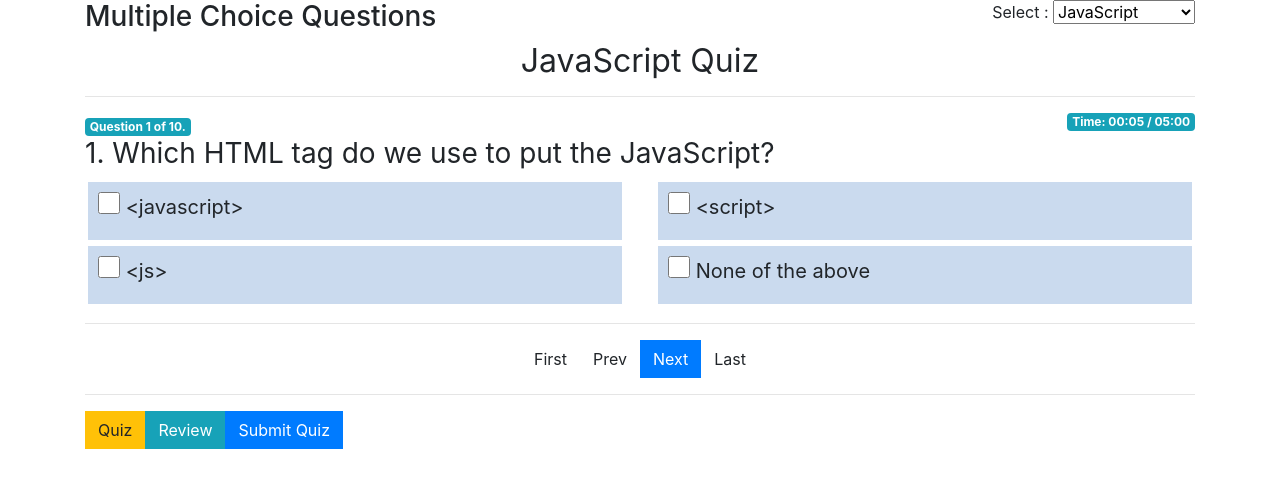
Repository: 2016272041/Online-Ass-Test1-
Page: /
These files come from the project's save history. The page is drawn as it stood at one moment and after the next save; the edit follows.
The browser window is 1280 px wide. The pictures show the whole page.
The project was rebuilt for these pictures with package versions that can differ from the ones it lists, and the page was loaded fresh each time. Also part of the build but not shown: angular.json.

Above is the page before, as saved 2019-07-23 15:33:48.

After the next save:
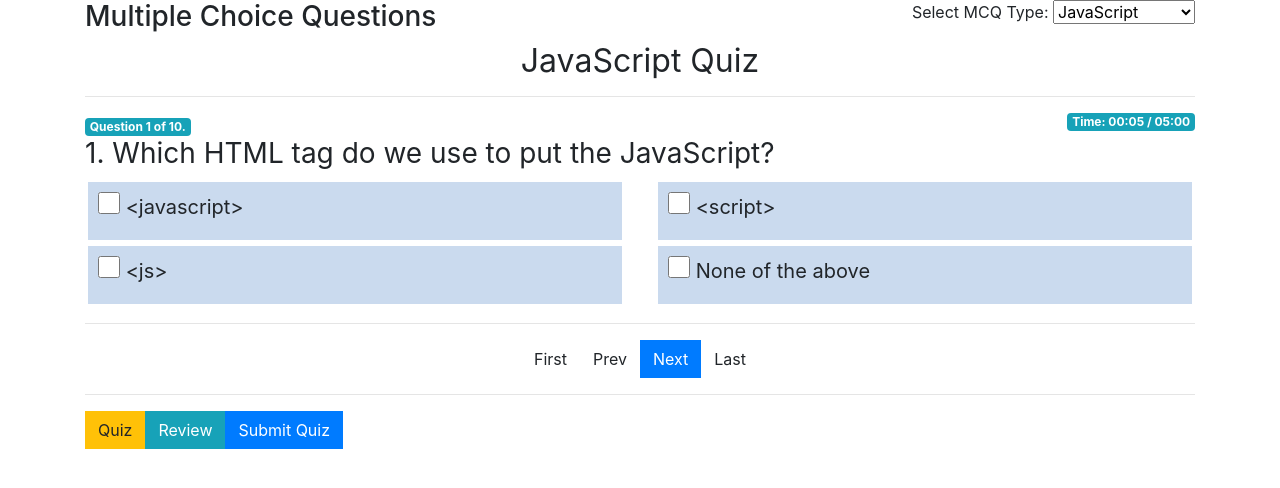
Saved 11 s later.
--- a/src/app/quiz/quiz.component.html
+++ b/src/app/quiz/quiz.component.html
@@ -3,7 +3,7 @@
     <h3>Multiple Choice Questions</h3>
   </div>
   <div class="col-6 text-right">
-    Select :
+    Select MCQ Type:
     <select [(ngModel)]="quizName" (change)="loadQuiz(quizName)">
       <option *ngFor="let quiz of quizes" [value]="quiz.id">{{quiz.name}}</option>
     </select>
